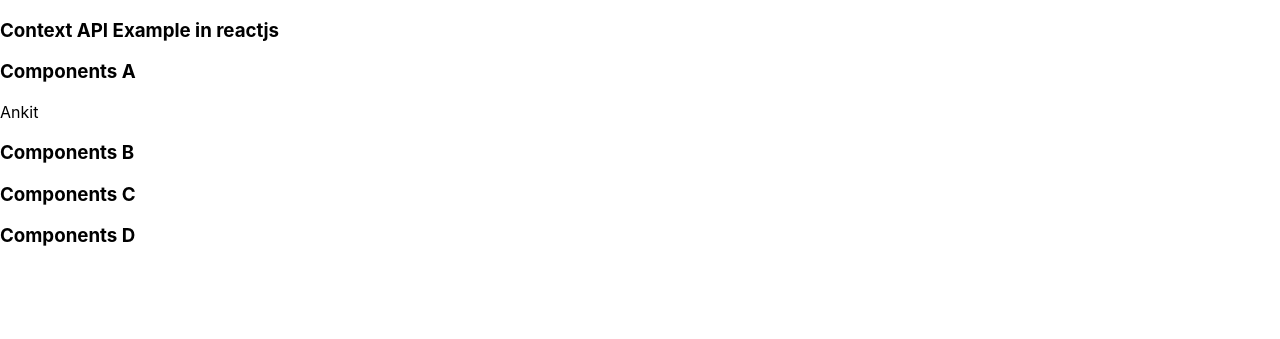
Repository: lalji-yadav/React-Context-API
Page: /a
These files come from the project's save history. The page is drawn as it stood at one moment and after the next save; the edit follows.
The browser window is 1280 px wide. The pictures show the whole page.
The project was rebuilt for these pictures with package versions that can differ from the ones it lists, and the page was loaded fresh each time. Also part of the build but not shown: src/App.css.

Above is the page before, as saved 2021-02-11 13:53:33.

### src/App.js
import  React,{ useState } from 'react';
import './App.css';
import {
  BrowserRouter as Router,
  Switch,
  Route,
  Link
} from "react-router-dom";
import A from "./components/A";


export const ThemeContext = React.createContext()

function App() {

  const [data, setData] = useState({
    name: "Lalji Yadav Kamasin",
    mob:"8726650277",
    email:'lalji@gmail.com'
  })

 const changeStates=()=> {
    setData({
      name:"Change value Name Lalji to Anubhav Kumar yadav",
      mob:"1234567890",
      email:'12lalji@gmail.com'
    })
  }
  const contextValues = {
    data: data,
    changeStates: changeStates
  }

  return (
    <div>
      <h3> Context API Example in reactjs  </h3>

      {/* <ThemeContext.Provider value={contextValues}>
        <Home />
      </ThemeContext.Provider> */}

      <Router>
        <Switch>
          <Route exact path="/a" component={A} />
        </Switch>
      </Router>

    </div>
  );
}

export default App;

### src/components/A.js
import React, { useState } from 'react';
import B from "./B";
import { Provider } from "../globalState/newState";

const A = (props) => {

    const [values, setValues] = useState({
        name:'Ankit'
    })
    console.log(props)
    return (
        <div>
             <h3> Components A </h3>
              <p>{values.name}</p>
              {/* <Provider value={values}>
                <B />
              </Provider> */}
              <B />
        </div>
    );
};

export default A;

### src/components/B.js
import React from 'react';
import C from "./C";

const B = () => {

    return (
        <div>
             <h3> Components B </h3>
             <C />
        </div>
    );
};

export default B;

### src/globalState/newState.js
import React  from 'react';

const MyContext = React.createContext('Default Valus')

export const Provider = MyContext.Provider;
export const Consumer = MyContext.Consumer;

### src/components/C.js
import React from 'react';
import D from "./D";

const C = () => {

    return (
        <div>
             <h3> Components C </h3>
             <D />
        </div>
    );
};

export default C;

### src/components/D.js
import React from 'react';
import { Consumer } from "../globalState/newState";


const D = () => {


    return (
        <div>
            <h3> Components D </h3>
            <Consumer>
                 {
                     value=> <h1>{value.name}</h1>
                 }
             </Consumer>
        </div>
    );
};

export default D;

Loaded but not shown: public/index.html (common file); src/index.js (common file); src/index.css (common file); src/reportWebVitals.js (common file)

After the next save:
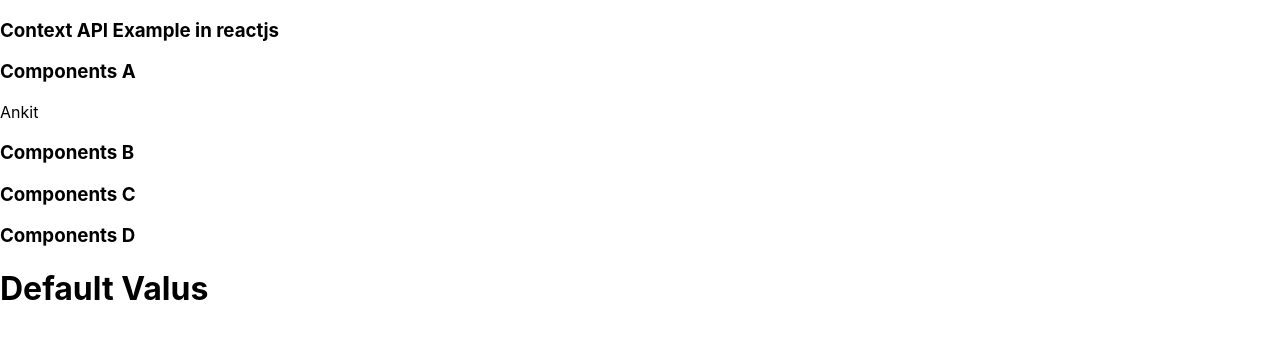
Saved 2 min 4 s later.
--- a/src/components/D.js
+++ b/src/components/D.js
@@ -10,7 +10,7 @@ const D = () => {
             <h3> Components D </h3>
             <Consumer>
                  {
-                     value=> <h1>{value.name}</h1>
+                     value=> <h1>{value}</h1>
                  }
              </Consumer>
         </div>
